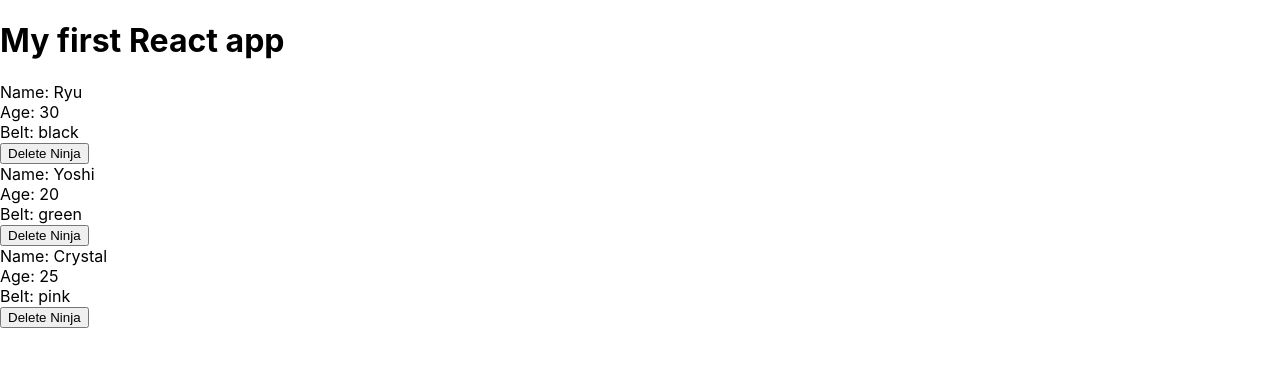
Repository: Piterwk1/Trening-react
Page: /
These files come from the project's save history. The page is drawn as it stood at one moment and after the next save; the edit follows.
The browser window is 1280 px wide. The pictures show the whole page.
The project was rebuilt for these pictures with package versions that can differ from the ones it lists, and the page was loaded fresh each time.

Above is the page before, as saved 2021-02-09 17:39:53.

### src/index.js
import React from 'react';
import ReactDOM from 'react-dom';
import './index.css';
import App from './App';
import reportWebVitals from './reportWebVitals';

ReactDOM.render(
  <React.StrictMode>
    <App />
  </React.StrictMode>,
  document.getElementById('root')
);

// If you want to start measuring performance in your app, pass a function
// to log results (for example: reportWebVitals(console.log))
// or send to an analytics endpoint. Learn more: https://bit.ly/CRA-vitals

### src/App.js
import React, { Component } from 'react';
import Ninjas from './Ninjas';

class App extends Component {
  state = {
    ninjas: [
      { name: 'Ryu', age: 30, belt: 'black', id: 1 },
      { name: 'Yoshi', age: 20, belt: 'green', id: 2 },
      { name: 'Crystal', age: 25, belt: 'pink', id: 3 },
    ],
  };

  render() {
    return (
      <div className="App">
        <h1>My first React app</h1>
        <Ninjas ninjas={this.state.ninjas} />
      </div>
    );
  }
}

// import Ninjas from './Ninjas';

// function App() {

//   return (
//     <div className="App">
//       <h1>React App</h1>
//       <p>Welcome</p>
//       <Ninjas name="Piotr" age={41} belt="black" />
//     </div>
//   );
// }

export default App;

### src/Ninjas.js
import React from 'react';
import PropTypes from 'prop-types';

const Ninjas = ({ ninjas, deleteNinja }) => {
  //   const ninjasList = ninjas
  //     .filter((ninja) => ninja.age > 20)
  //     .map((ninja) => (
  //       <div className="ninja" key={ninja.id}>
  //         <div>Name: {ninja.name}</div>
  //         <div>Age: {ninja.age}</div>
  //         <div>Belt: {ninja.belt}</div>
  //       </div>
  //     ));
  const ninjasList = ninjas.map((ninja) => (
    <div className="ninja" key={ninja.id}>
      <div>Name: {ninja.name}</div>
      <div>Age: {ninja.age}</div>
      <div>Belt: {ninja.belt}</div>
      <button type="button" onClick={() => deleteNinja(ninja.id)}>
        Delete Ninja
      </button>
    </div>
  ));

  Ninjas.propTypes = {
    // map: PropTypes.func.isRequired,
    ninjas: PropTypes.array.isRequired,
    deleteNinja: PropTypes.func.isRequired,
  };

  return <div className="ninja-list">{ninjasList}</div>;

  //   <div className="ninja">
  //     <div>Name: {name}</div>
  //     <div>Age: {age}</div>
  //     <div>Belt: {belt}</div>
  //   </div>
  // );
  // Ninjas.propTypes = {
  //   name: PropTypes.string.isRequired,
  //   age: PropTypes.number.isRequired,
  //   belt: PropTypes.string.isRequired,
  // };
};

export default Ninjas;

Loaded but not shown: public/index.html (common file); src/index.css (common file); src/reportWebVitals.js (common file)

After the next save:
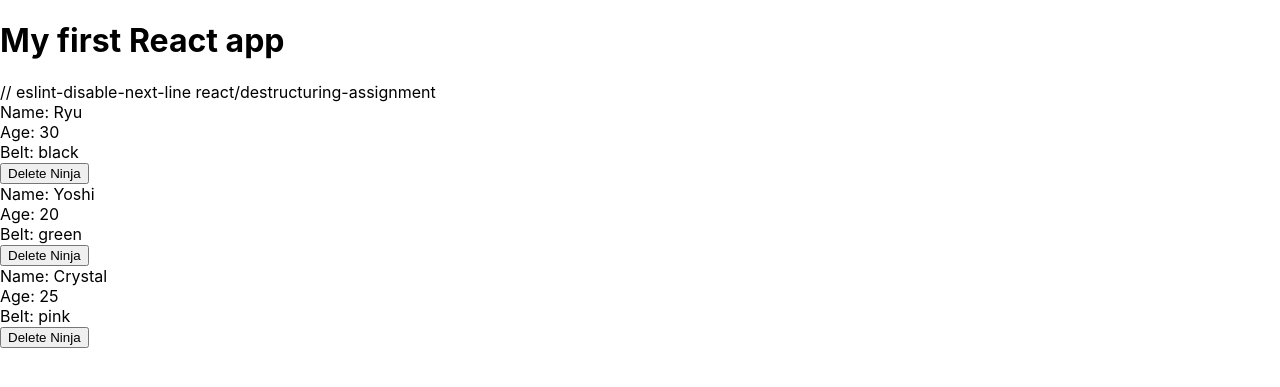
Saved 59 s later.
--- a/src/App.js
+++ b/src/App.js
@@ -14,6 +14,7 @@
     return (
       <div className="App">
         <h1>My first React app</h1>
+        // eslint-disable-next-line react/destructuring-assignment
         <Ninjas ninjas={this.state.ninjas} />
       </div>
     );

After the 2 saves that followed:
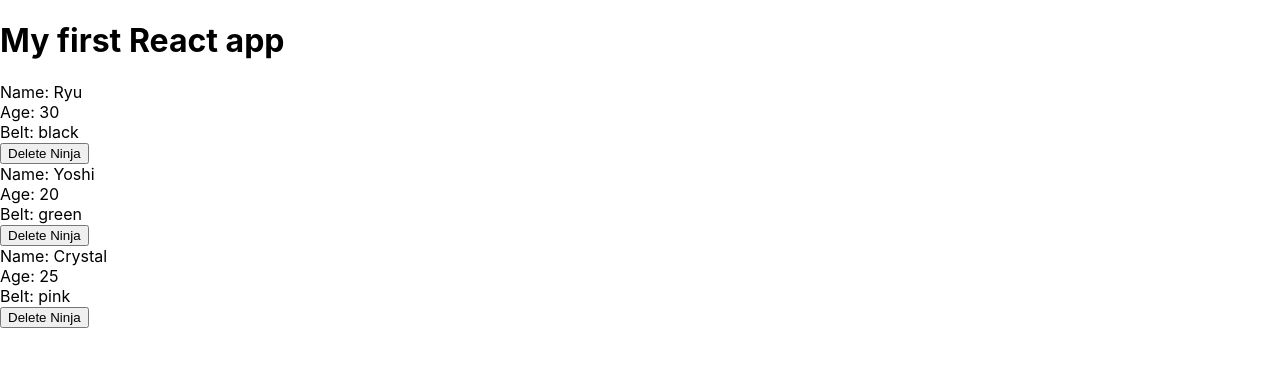
The 2 saves are shown as one change because 1 did not build or start.
The last was saved 58 s later.
--- a/src/App.js
+++ b/src/App.js
@@ -14,7 +14,6 @@
     return (
       <div className="App">
         <h1>My first React app</h1>
-        // eslint-disable-next-line react/destructuring-assignment
         <Ninjas ninjas={this.state.ninjas} />
       </div>
     );
